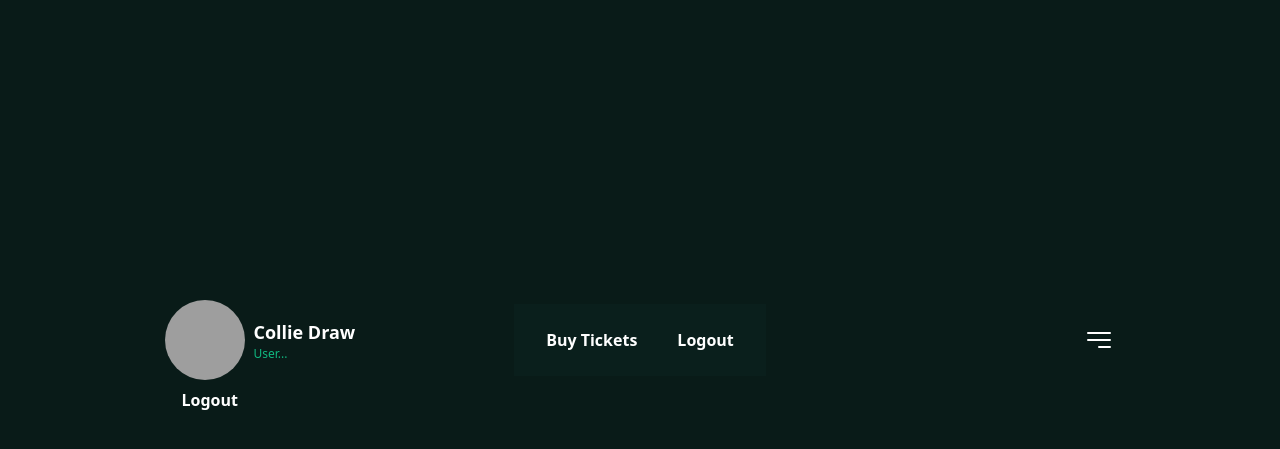
Repository: dcolind/BlockChain-Lotto
Page: /
The author's editor kept a copy of each file at every save. The page is drawn from the files as they stood at one save, then again after the next save.
The browser window is 1280 px wide. The pictures show the whole page.
Pictures or frames that could not be fetched are drawn as grey boxes. The project was rebuilt for these pictures with package versions that can differ from the ones it lists, and the page was loaded fresh each time. The framework's server and built-in components were replaced by stand-ins that run in the browser. Also part of the build but not shown: next.config.js.

Above is the page before, as saved 2022-08-30 11:54:07.

After the next save:
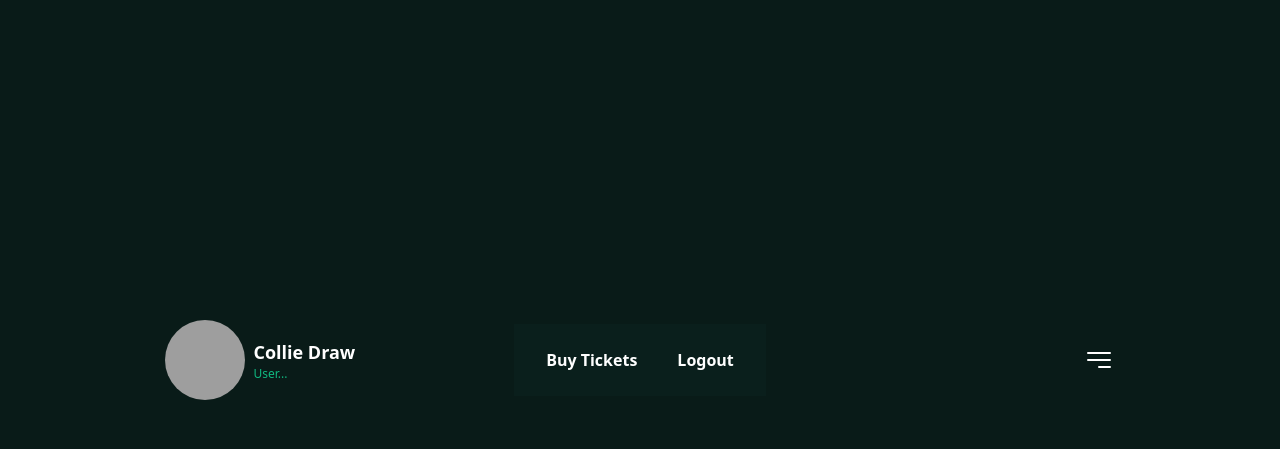
Saved 4 s later.
--- a/components/Header.tsx
+++ b/components/Header.tsx
@@ -28,7 +28,7 @@ function Header() {
 
 
         </div>
-        <span className="md:">
+        <span className="md:hidden">
             <NavButton title="Logout" />
         </span>
     </header>
